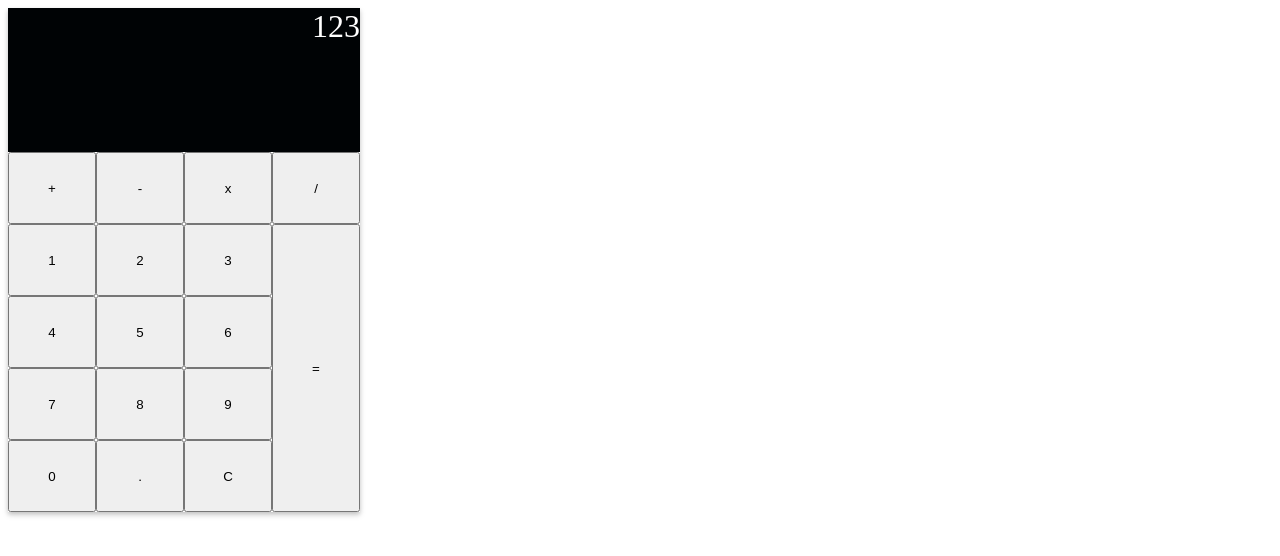
Repository: TEazy2433/LAB-calculator
Page: index.html
These files come from the project's save history. The page is drawn as it stood at one moment and after the next save; the edit follows.
The browser window is 1280 px wide. The pictures show the whole page.

Above is the page before, as saved 2023-10-14 10:22:05.

After the next save:
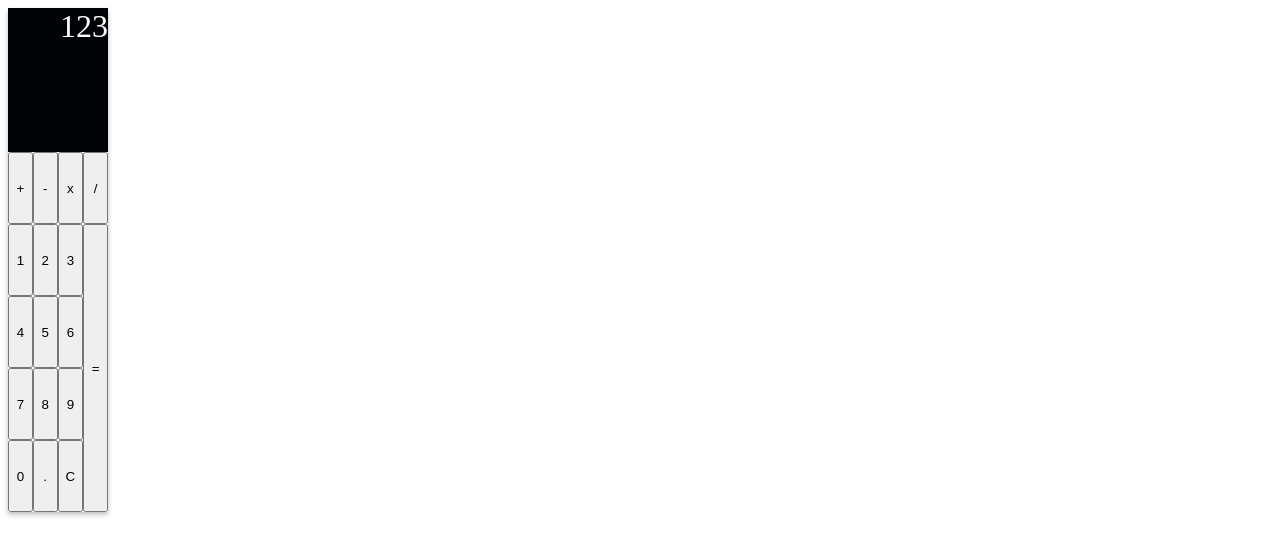
Saved 25 s later.
--- a/main.css
+++ b/main.css
@@ -4,7 +4,7 @@
   flex-wrap: wrap;
   max-inline-size: 22rem;
   box-shadow: 0px 3px 6px 0px rgba(0, 0, 0, 0.15), 0px 2px 4px 0px rgba(0, 0, 0, 0.12);
-  align-items: center;
+  width: 100px;
 }
 .display{
   font-size: 2rem;

After the save that followed:
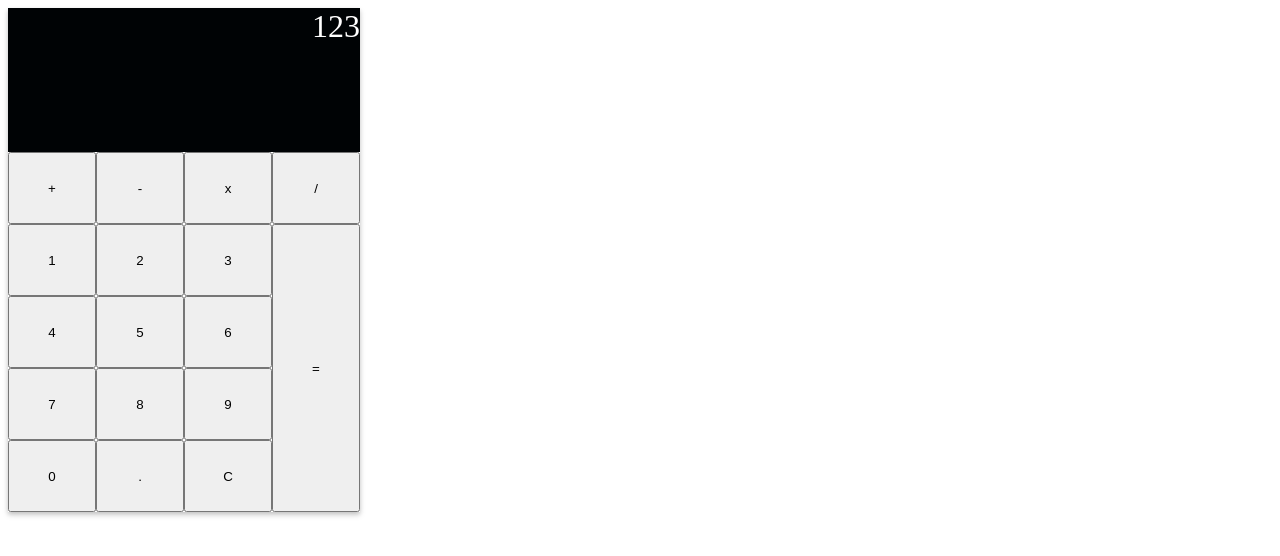
Saved 9 s later.
--- a/main.css
+++ b/main.css
@@ -4,7 +4,7 @@
   flex-wrap: wrap;
   max-inline-size: 22rem;
   box-shadow: 0px 3px 6px 0px rgba(0, 0, 0, 0.15), 0px 2px 4px 0px rgba(0, 0, 0, 0.12);
-  width: 100px;
+  width: 800px;
 }
 .display{
   font-size: 2rem;
